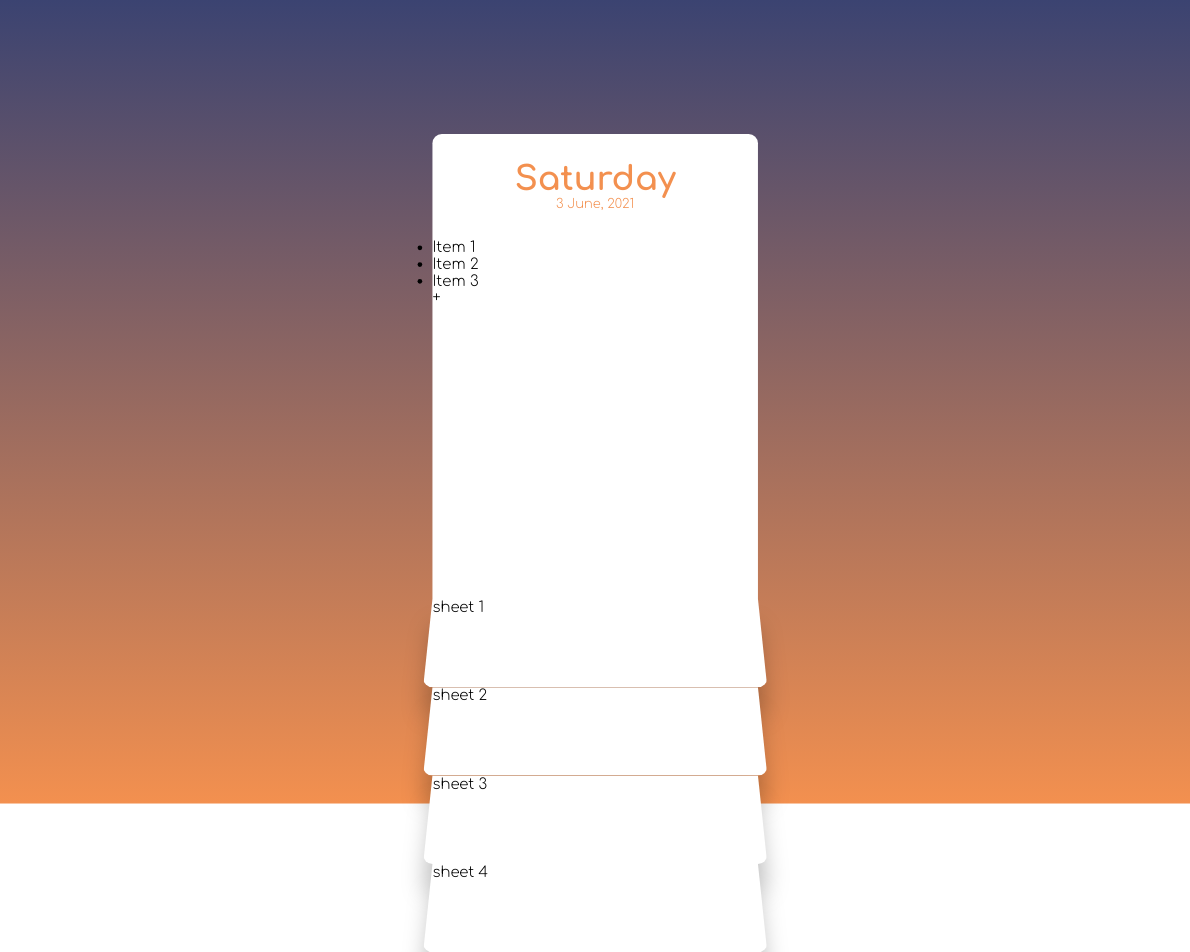
Repository: Colo-Codes/mini-projects
Page: todo-app/index.html
These files come from the project's save history. The page is drawn as it stood at one moment and after the next save; the edit follows.
The browser window is 1280 px wide. The pictures show the whole page, at 93% of full size.

Above is the page before, as saved 2021-07-04 11:43:30.

After the next save:
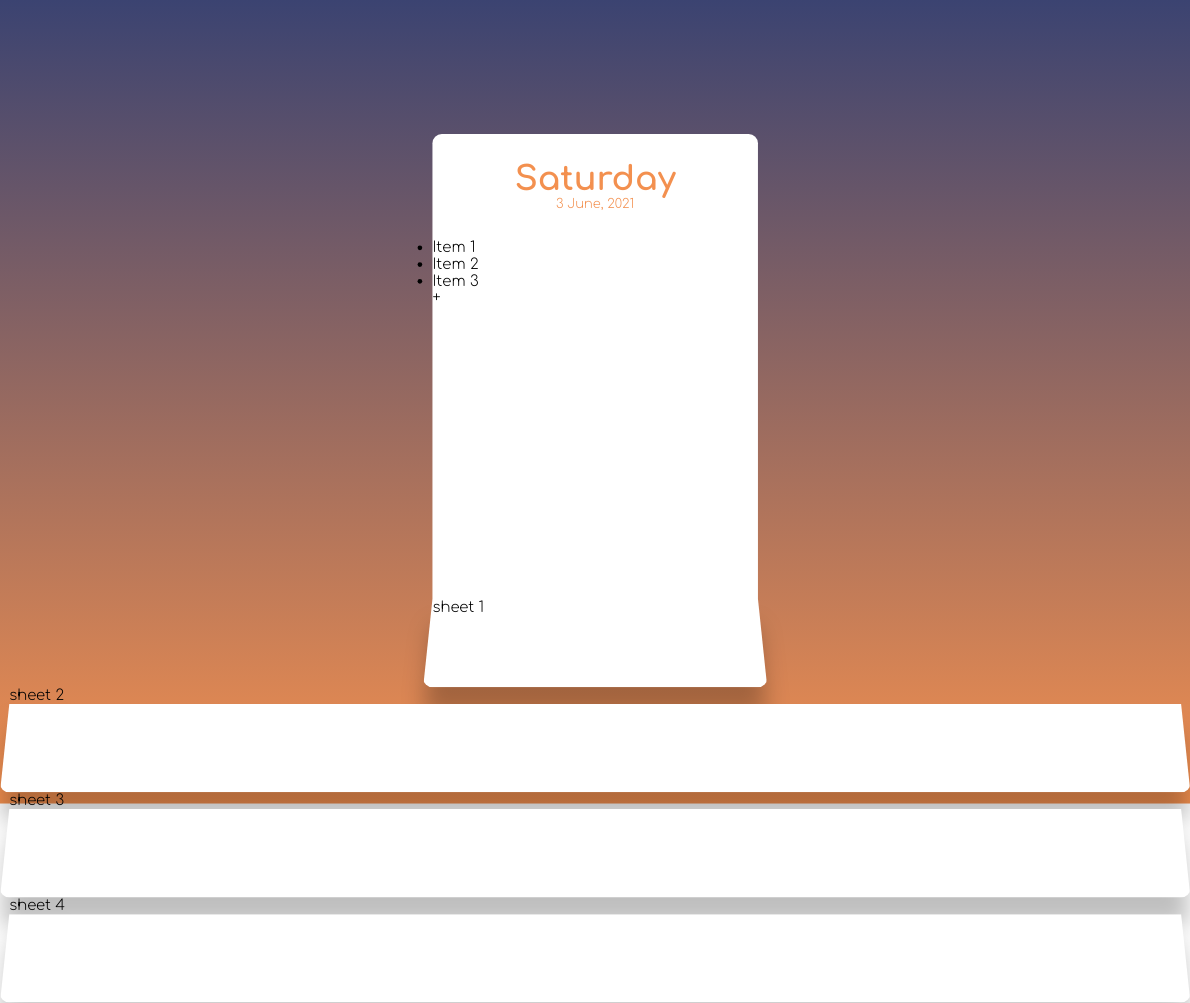
Saved 26 s later.
--- a/todo-app/css/index.css
+++ b/todo-app/css/index.css
@@ -44,8 +44,6 @@ body {
 }
 
 div [id^='sheet-'] {
-    width: 370px;
-    height: 95px;
     margin: auto;
     border-radius: 0 0 10px 10px;
     /* trapezoidal shape */
@@ -57,7 +55,7 @@ div [id^='sheet-'] {
     -ms-filter: "progid:DXImageTransform.Microsoft.Dropshadow(OffX=0, OffY=30, Color='#444')";
     filter: "progid:DXImageTransform.Microsoft.Dropshadow(OffX=0, OffY=30, Color='#444')";
 }
-#sheet-2-3d {
+#sheet-1-3d {
     width: 370px;
     height: 95px;
     margin: auto;
